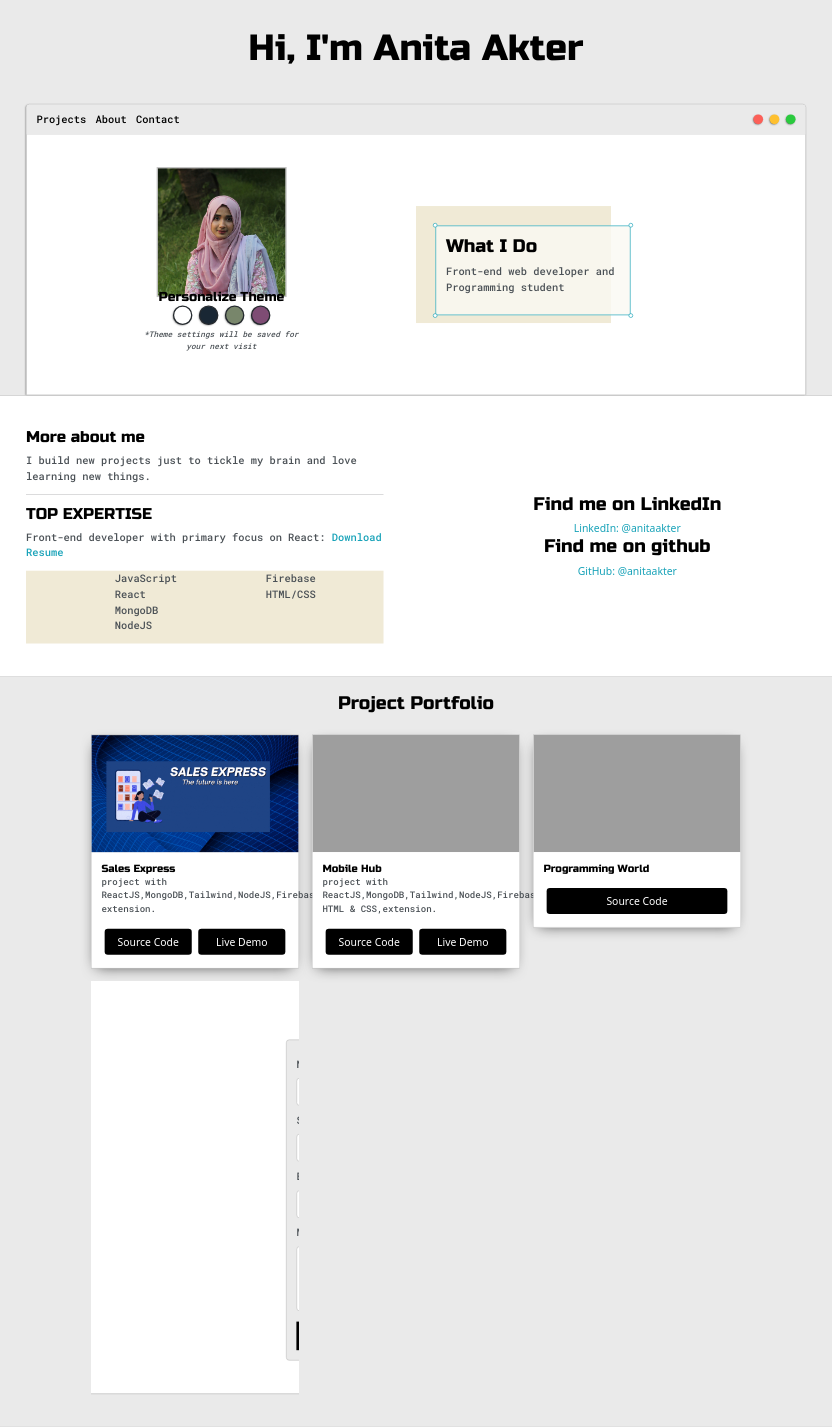
Repository: AnitaAkter/My_portfolio
Page: index.html
An editor plug-in stored every save of this project. The page is shown before and after the next save, followed by the edit.
The browser window is 1280 px wide. The pictures show the whole page, at 65% of full size.
Pictures or frames that could not be fetched are drawn as grey boxes.

Above is the page before, as saved 2022-12-10 14:25:22.

### index.html
<!DOCTYPE html>
<html>

<head>
	<title>Anita Akter</title>

	<meta name="viewport" content="width=device-width, initial-scale=1, maximum-scale=1, minimum-scale=1" />

	<link href="https://fonts.googleapis.com/css2?family=Russo+One&display=swap" rel="stylesheet">

	<link href="https://fonts.googleapis.com/css2?family=Roboto+Mono:wght@500&family=Russo+One&display=swap"
		rel="stylesheet">

	<link href="https://cdn.jsdelivr.net/npm/bootstrap@5.0.0-beta1/dist/css/bootstrap.min.css" rel="stylesheet"
		integrity="sha384-giJF6kkoqNQ00vy+HMDP7azOuL0xtbfIcaT9wjKHr8RbDVddVHyTfAAsrekwKmP1" crossorigin="anonymous">

	<link rel="stylesheet" type="text/css" href="default.css">

	<link id="theme-style" rel="stylesheet" type="text/css" href="">
</head>

<body>

	<!-- Landing section -->

	<section class="s1">
		<div class="main-container">
			<div class="greeting-wrapper">
				<h1>Hi, I'm Anita Akter</h1>
			</div>

			<div class="intro-wrapper">
				<div class="nav-wrapper">

					<!-- Link around dots-wrapper added after tutorial video -->
					<ul id="navigation">
						<li><a href="index.html#portfolio">Projects</a></li>
						<li><a href="index.html#aboutme">About</a></li>
						<li><a href="index.html#contact">Contact</a></li>
					</ul>
					<a href="index.html">
						<div class="dots-wrapper">
							<div id="dot-1" class="browser-dot"></div>
							<div id="dot-2" class="browser-dot"></div>
							<div id="dot-3" class="browser-dot"></div>
						</div>
					</a>


				</div>

				<div class="left-column">
					<img id="profile_pic" src="images/img-1.jpg">
					<h5 style="text-align: center;line-height: 0;">Personalize Theme</h5>

					<div id="theme-options-wrapper">
						<div data-mode="light" id="light-mode" class="theme-dot"></div>
						<div data-mode="blue" id="blue-mode" class="theme-dot"></div>
						<div data-mode="green" id="green-mode" class="theme-dot"></div>
						<div data-mode="purple" id="purple-mode" class="theme-dot"></div>
					</div>

					<p id="settings-note">*Theme settings will be saved for<br>your next visit</p>
				</div>

				<div class="right-column">

					<div id="preview-shadow">
						<div id="preview">
							<div id="corner-tl" class="corner"></div>
							<div id="corner-tr" class="corner"></div>
							<h3>What I Do</h3>
							<p>Front-end web developer and Programming student</p>
							<div id="corner-br" class="corner"></div>
							<div id="corner-bl" class="corner"></div>
						</div>
					</div>
				</div>
			</div>
		</div>
	</section>

	<!-- About me section -->

	<section class="s2">
		<div class="main-container" id="aboutme">

			<div class="about-wrapper">
				<div class="about-me">
					<h4>More about me</h4>

					<p>I build new projects just to tickle my brain and love learning new things.</p>


					<hr>

					<h4>TOP EXPERTISE</h4>

					<p>Front-end developer with primary focus on React: <a target="_blank"
							href="Anita Akter-Resume.pdf">Download Resume</a></p>

					<div id="skills">
						<ul>
							<li>JavaScript</li>
							<li>React</li>

							<li>MongoDB</li>
							<li>NodeJS</li>

						</ul>

						<ul>
							<li>Firebase</li>

							<li>HTML/CSS</li>

						</ul>

					</div>

				</div>

				<div class="social-links">
					<h3>Find me on LinkedIn</h3>
					<a target="_blank" href="https://www.linkedin.com/in/anita-02-akter/">LinkedIn: @anitaakter</a>
					<h3>Find me on github</h3>
					<a target="_blank" href="https://github.com/AnitaAkter">GitHub: @anitaakter</a>
				</div>
			</div>

		</div>
	</section>

	<!-- project portfolio section starts Here -->

	<section class="s1">
		<div class="main-container" id="portfolio">
			<br>
			<h3 style="text-align: center;">Project Portfolio</h3>
			<br>
			<div class="post-wrapper">

				<!-- Project: 1 -->

				<div>
					<div class="post">
						<img class="thumbnail" src="images/p-1.gif">
						<div class="post-preview">
							<h6 class="post-title">Sales Express</h6>
							<p class="post-intro"> project with ReactJS,MongoDB,Tailwind,NodeJS,Firebase
								extension.</p>
							<div class="btn-group d-flex" role="group">
								<a target="_blank" href="https://github.com/AnitaAkter/Used_Products_resale_client"
									class="sourceCode-btn w-100">Source Code</a>
								<a target="_blank" href="https://sales-express-ed5f6.web.app/"
									class="sourceCode-btn w-100">Live Demo</a>
							</div>
						</div>
					</div>
				</div>

				<!-- Project: 2 -->

				<div>
					<div class="post">
						<img class="thumbnail" src="images/github_finder.jpg">
						<div class="post-preview">
							<h6 class="post-title">Mobile Hub</h6>
							<p class="post-intro">project with ReactJS,MongoDB,Tailwind,NodeJS,Firebase,
								HTML & CSS,extension.
							</p>
							<div class="btn-group d-flex" role="group">
								<a target="_blank" href="https://github.com/AnitaAkter/Review_site_client"
									class="sourceCode-btn w-100">Source
									Code</a>
								<a target="_blank" href="https://assignment-11-final-49f20.web.app/"
									class="sourceCode-btn w-100">Live Demo</a>
							</div>
						</div>
					</div>
				</div>

				<!-- Project: 3 -->

				<div>
					<div class="post">
						<img class="thumbnail" src="images/camagru.webp">
						<div class="post-preview">
							<h6 class="post-title">Programming World</h6>
							<p class="post-intro"></p>
							<div class="btn-group d-flex" role="group">
								<a target="_blank" href="https://github.com/tasmiarahmantanjin/camagru"
									class="sourceCode-btn w-100">Source
									Code</a>
							</div>
						</div>
					</div>
				</div>



				<section class="s2">
					<div class="main-container">
						<a href=""></a>
						<br>
						<h3 style="text-align: center;">Get In Touch</h3>
						<br>
						<form id="contact-form">
							<a name="contact"></a>

							<label>Name</label>
							<input class="input-field" type="text" name="name">

							<label>Subject</label>
							<input class="input-field" type="text" name="subject">

							<label>Email</label>
							<input class="input-field" type="text" name="email">

							<label>Message</label>
							<textarea class="input-field" name="message"></textarea>

							<input id="submit-btn" type="submit" value="Send">
						</form>
					</div>
				</section>

				<script type="text/javascript" src="script.js"></script>
</body>

</html>

### default.css
:root{
	--mainColor:#eaeaea;
	--secondaryColor:#fff;

	--borderColor:#c1c1c1;

	--mainText:black;
	--secondaryText:#4b5156;

	--themeDotBorder:#24292e;

	--previewBg:rgb(251, 249, 243, 0.8);
	--previewShadow:#f0ead6;


	--buttonColor:black;


}


html, body{
	padding: 0;
	margin: 0;
	scroll-behavior: smooth;
}

body *{
	transition: 0.3s;
}


h1, h2, h3, h4, h5, h6, strong{
	color: var(--mainText);
	font-family: 'Russo One', sans-serif;
	font-weight: 500;
}

p, li, span, label, input, textarea{
	color: var(--secondaryText);
	font-family: 'Roboto Mono', monospace;
}

a{
	text-decoration: none;
	color:#17a2b8;
}

ul{
	list-style: none;
}

h1 { font-size: 56px;}
h2 { font-size: 36px;}
h3 { font-size: 28px;}
h4 { font-size: 24px;}
h5 { font-size: 20px;}
h6 { font-size: 16px;}


.s1{
	background-color: var(--mainColor);
	border-bottom:1px solid var(--borderColor);
	overflow:auto;
}

.s2{
	background-color: var(--secondaryColor);
	border-bottom:1px solid var(--borderColor);
	overflow:auto;
}




.main-container{
	width: 1200px;
	margin: 0 auto;
}


.greeting-wrapper{
	display: grid;
	text-align: center;
	align-content: center;
	min-height: 10em;

}

.intro-wrapper{
	background-color: var(--secondaryColor);
	border:1px solid var(--borderColor);
	border-radius:5px 5px 0 0;


	-webkit-box-shadow: -1px 1px 3px -1px rgba(0,0,0,0.75);
	-moz-box-shadow: -1px 1px 3px -1px rgba(0,0,0,0.75);
	box-shadow: -1px 1px 3px -1px rgba(0,0,0,0.75);

	display: grid;
	grid-template-columns: 1fr 1fr;
	grid-template-areas:
		'nav-wrapper nav-wrapper'
		'left-column right-column'
	;
}


.nav-wrapper{
	border-radius:5px 5px 0 0;
	grid-area:nav-wrapper;
	border-bottom: 1px solid var(--borderColor);
	display: flex;
	justify-content: space-between;
	align-items: center;
	background-color: var(--mainColor);
}

#navigation a{
	color:var(--mainText);
}


#navigation{
	margin:0;
	padding: 10px;
}

#navigation li{
	display: inline-block;
	margin-right: 5px;
	margin-left:5px;
}

.dots-wrapper{
	display: flex;
	padding: 10px;
}

#dot-1{
	background-color:  #FC6058;
}

#dot-2{
	background-color:  #FEC02F;
}

#dot-3{
	background-color:  #2ACA3E;
}

.browser-dot{
	background-color: black;
	height: 15px;
	width: 15px;
	border-radius: 50%;
	margin: 5px;

	-webkit-box-shadow: -1px 1px 3px -1px rgba(0,0,0,0.75);
	-moz-box-shadow: -1px 1px 3px -1px rgba(0,0,0,0.75);
	box-shadow: -1px 1px 3px -1px rgba(0,0,0,0.75);

}


.left-column{
	grid-area: left-column;
	padding-top:50px;
	padding-bottom: 50px;
}

#profile_pic{
	display: block;
	margin:0 auto;

	height: 200px;
	width: 200px;
	object-fit: cover;
	border:2px solid var(--borderColor);
}


#theme-options-wrapper{
	display: flex;
	justify-content: center;
}

.theme-dot{
	height: 30px;
	width: 30px;
	background-color: black;
	border-radius: 50%;

	margin: 5px;
	border:2px solid var(--themeDotBorder);

	-webkit-box-shadow: -1px 1px 3px -1px rgba(0,0,0,0.75);
	-moz-box-shadow: -1px 1px 3px -1px rgba(0,0,0,0.75);
	box-shadow: -1px 1px 3px -1px rgba(0,0,0,0.75);

	cursor: pointer;
}


.theme-dot:hover{
	border-width: 5px;
}


#light-mode{
	background-color: #fff;
}

#blue-mode{
	background-color: #192734;
}

#green-mode{
	background-color: #78866b;
}

#purple-mode{
	background-color: #7E4C74;
}

#settings-note{
	font-size: 12px;
	font-style: italic;
	text-align: center;
}

.right-column{
	grid-area: right-column;
	display: grid;
	align-content: center;

	padding-top: 50px;
	padding-bottom: 50px;
}


#preview-shadow{
	background-color: var(--previewShadow);
	max-width: 300px;
	height: 180px;
	padding-left: 30px;
	padding-top: 30px;
}

#preview{
	width: 300px;
	border:1.5px solid #17a2b8;
	background-color: var(--previewBg);
	padding:15px;
	position: relative;
}

.corner{
	width:7px;
	height: 7px;
	border-radius: 50%;
	border:1.5px solid #17a2b8;
	background-color: #fff;
	position: absolute;
}

#corner-tl{
	top:-5px;
	left: -5px
}

#corner-tr{
	top:-5px;
	right: -5px
}


#corner-br{
	bottom:-5px;
	right: -5px
}


#corner-bl{
	bottom:-5px;
	left: -5px
}

.about-wrapper{
	display: grid;
	grid-template-columns: repeat(auto-fit, minmax(320px, 1fr));
	padding-bottom: 50px;
	padding-top: 50px;
	gap:100px;
}


#skills{
	display: flex;
	justify-content: space-evenly;
	background-color: var(--previewShadow);
}

.social-links{
	display: grid;
	align-content: center;
	text-align: center;
}

#social_img{
	width: 100%;
}


.post-wrapper{
	display: grid;
	grid-template-columns: repeat(auto-fit, 320px);
	gap:20px;
	justify-content: center;
	padding-bottom: 50px;
}

.post{
	border:1px solid var(--borderColor);
	-webkit-box-shadow: -2px 7px 21px -9px rgba(0,0,0,0.75);
	-moz-box-shadow: -2px 7px 21px -9px rgba(0,0,0,0.75);
	box-shadow: -2px 7px 21px -9px rgba(0,0,0,0.75);
}

.thumbnail{
	display: block;
	width: 100%;
	height:180px;
	object-fit: cover;
}

.post-preview{
	background-color: #fff;
	padding:15px;
}

.post-title{
	color:black;
	margin: 0;
}

.post-intro{
	color:#4b5156;
	font-size: 14px;
}


#contact-form{
	display: block;
	max-width: 600px;
	margin: 0 auto;
	border: 1px solid var(--borderColor);
	padding: 15px;
	border-radius: 5px;
	background-color: var(--mainColor);
	margin-bottom: 50px;

}

#contact-form label{
	line-height: 2.7em;
}

#contact-form textarea{
	min-height: 100px;
	font-size: 14px;
}


.input-field{
	width: 100%;
	padding-top: 10px;
	padding-bottom:10px;
	background-color: var(--secondaryColor);
	border-radius: 5px;
	border:1px solid var(--borderColor);
	font-size: 14px;
}


#submit-btn{
	margin-top: 10px;
	width: 100%;
	padding-top: 10px;
	padding-bottom:10px;
	color: #fff;
	background-color: var(--buttonColor);
	border:none;
}


@media screen and (max-width: 1200px){
	.main-container{
		width: 95%;
	}
}

@media screen and (max-width: 800px){
	.intro-wrapper{
		grid-template-columns: 1fr;
		grid-template-areas:
			'nav-wrapper'
			'left-column'
			'right-column'
		;
	}

	.right-column{
		justify-content: center;
	}

}

@media screen and (max-width: 400px){
	#preview-shadow{
		max-width: 280px;
		height: 180px;
		padding-left: 10px;
		padding-top: 10px;
	}

	#preview{
		width: 280px;

	}

}

.sourceCode-btn{
	width: 100%;
	padding-top: 8px;
	padding-bottom:8px;
	color: #fff;
	background-color: var(--buttonColor);
	border:none;
	text-align: center;
	border-radius: 5px;
	margin: 5px;
}

### script.js
console.log('Its working')

let theme = localStorage.getItem('theme')

if(theme == null){
	setTheme('light')
}else{
	setTheme(theme)
}

let themeDots = document.getElementsByClassName('theme-dot')


for (var i=0; themeDots.length > i; i++){
	themeDots[i].addEventListener('click', function(){
		let mode = this.dataset.mode
		console.log('Option clicked:', mode)
		setTheme(mode)
	})
}

function setTheme(mode){
	if(mode == 'light'){
		document.getElementById('theme-style').href = 'default.css'
	}

	if(mode == 'blue'){
		document.getElementById('theme-style').href = 'blue.css'
	}

	if(mode == 'green'){
		document.getElementById('theme-style').href = 'green.css'
	}

	if(mode == 'purple'){
		document.getElementById('theme-style').href = 'purple.css'
	}

	localStorage.setItem('theme', mode)
}

After the next save:
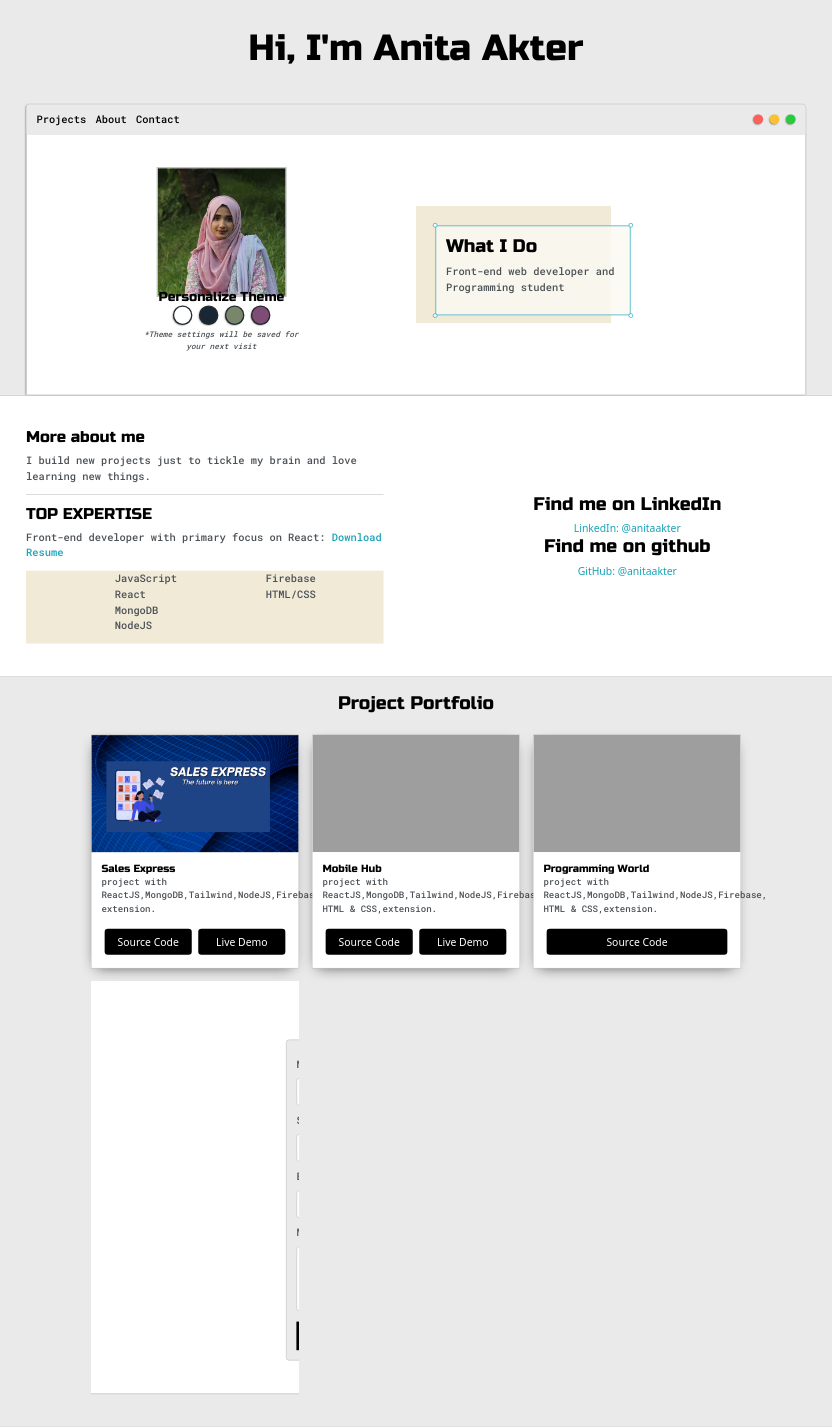
Saved 7 s later.
--- a/index.html
+++ b/index.html
@@ -187,7 +187,8 @@
 						<img class="thumbnail" src="images/camagru.webp">
 						<div class="post-preview">
 							<h6 class="post-title">Programming World</h6>
-							<p class="post-intro"></p>
+							<p class="post-intro">project with ReactJS,MongoDB,Tailwind,NodeJS,Firebase,
+								HTML & CSS,extension.</p>
 							<div class="btn-group d-flex" role="group">
 								<a target="_blank" href="https://github.com/tasmiarahmantanjin/camagru"
 									class="sourceCode-btn w-100">Source
